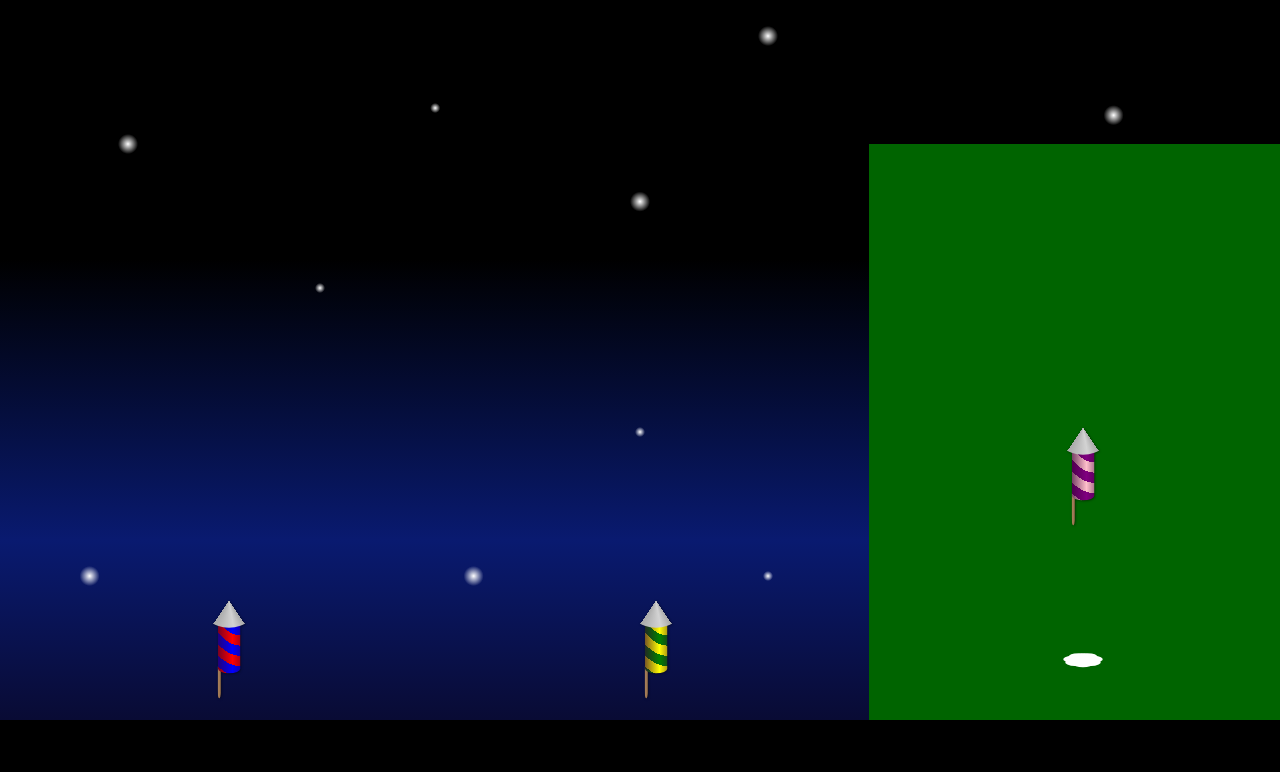
Repository: juliandecloe/CSS-To-The-Rescue---Julian-de-Cloe
Page: index.html
An editor plug-in stored every save of this project. The page is shown before and after the next save, followed by the edit.
The browser window is 1280 px wide. The pictures show the whole page.

Above is the page before, as saved 2022-03-10 17:35:24.

After the next save:
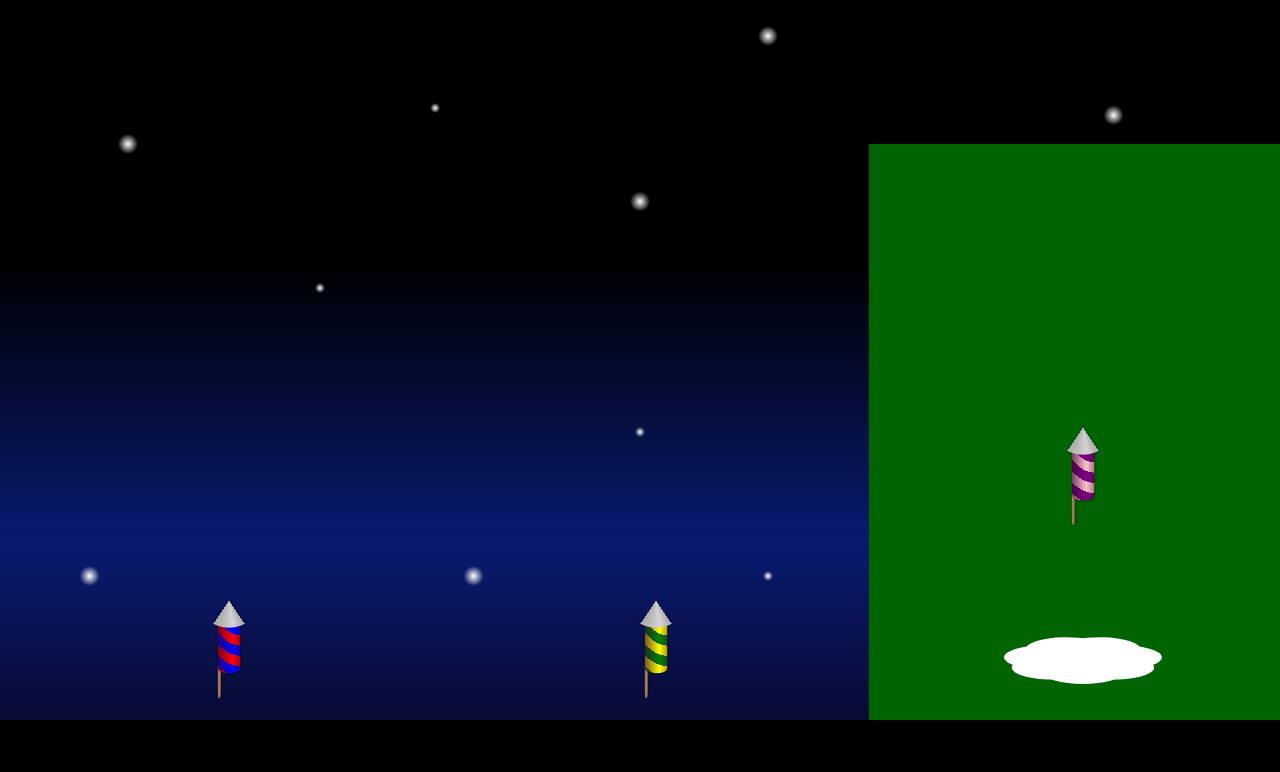
Saved 11 s later.
--- a/style.css
+++ b/style.css
@@ -588,7 +588,7 @@ section:last-child li {
 	height: 5rem;
 	/* border: 1px solid black; */
 	transform-origin: center top;
-	transform: scale(.5, .3) var(--rotate3);
+	transform: scale(2, 1) var(--rotate3);
 }
 
 /* article li:first-child {
